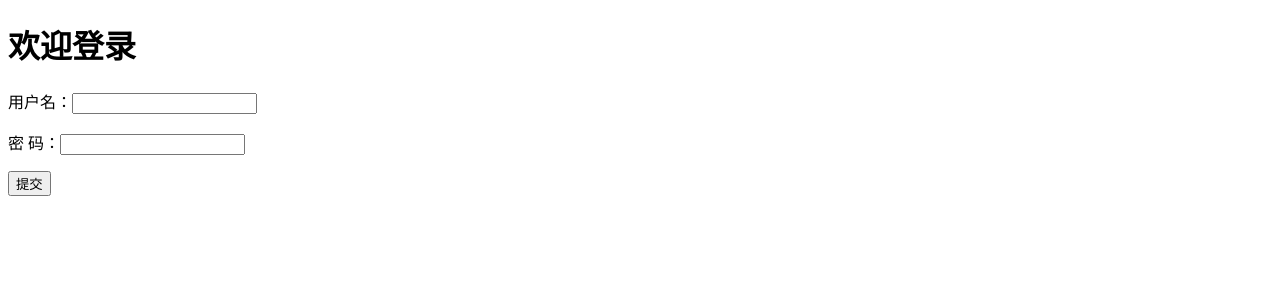
Repository: Nicoleqwerty/2018-
Page: web/hw3/WebContent/Login.html
These files come from the project's save history. The page is drawn as it stood at one moment and after the next save; the edit follows.
The browser window is 1280 px wide. The pictures show the whole page.

Above is the page before, as saved 2018-07-03 10:35:44.

### web/hw3/WebContent/Login.html
<!DOCTYPE html>
<html>
<head>
<meta charset="UTF-8">
<title>登录</title>
</head>
<body>
<h1>欢迎登录</h1>
<div>
<p align="left">用户名：<input id="uname" type="text" ></p>
<p align="left">密					码：<input id="mm" type="text"></p>
<input type="button" value="提交">
</div>
</body>
</html>

After the next save:
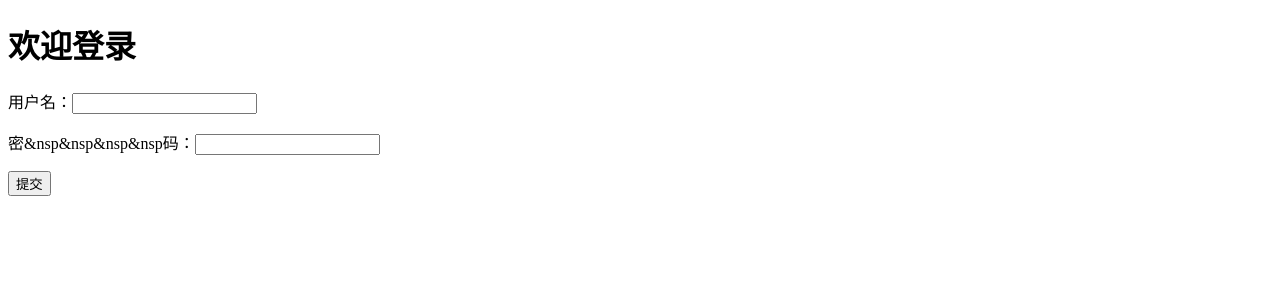
Saved 118 s later.
--- a/web/hw3/WebContent/Login.html
+++ b/web/hw3/WebContent/Login.html
@@ -8,7 +8,7 @@
 <h1>欢迎登录</h1>
 <div>
 <p align="left">用户名：<input id="uname" type="text" ></p>
-<p align="left">密					码：<input id="mm" type="text"></p>
+<p align="left">密&nsp&nsp&nsp&nsp码：<input id="mm" type="text"></p>
 <input type="button" value="提交">
 </div>
 </body>
